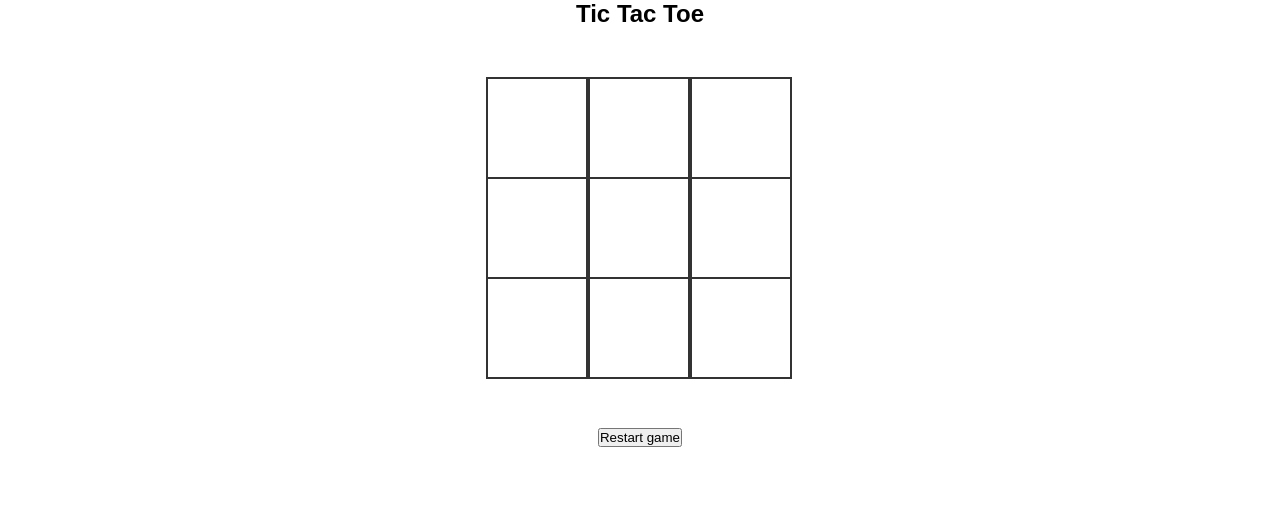
Repository: DuongThanhLong/Tic-Tac-Toe
Page: index.html
An editor plug-in stored every save of this project. The page is shown before and after the next save, followed by the edit.
The browser window is 1280 px wide. The pictures show the whole page.

Above is the page before, as saved 2021-09-26 17:56:46.

### index.html
<!DOCTYPE html>
<html lang="en">

<head>
    <meta charset="UTF-8">
    <meta http-equiv="X-UA-Compatible" content="IE=edge">
    <meta name="viewport" content="width=device-width, initial-scale=1.0">
    <title>Tic Tac Toe Game</title>
    <link rel="stylesheet" href="style.css">
</head>

<body>
    <section>
        <h1 class="game-title">Tic Tac Toe</h1>
        <div class="game-container">
            <div data-cell-index="0" class="cell"></div>
            <div data-cell-index="1️" class="cell"></div>
            <div data-cell-index="2" class="cell"></div>
            <div data-cell-index="3" class="cell"></div>
            <div data-cell-index="4" class="cell"></div>
            <div data-cell-index="5" class="cell"></div>
            <div data-cell-index="6" class="cell"></div>
            <div data-cell-index="7" class="cell"></div>
            <div data-cell-index="8" class="cell"></div>
        </div>
        <h2 class="game-status"></h2>
        <button class="game-restart">Restart game</button>
    </section>
    <script src="script.js"></script>
</body>

</html>

### style.css
* {
    margin: 0;
    padding: 0;
    box-sizing: border-box;
}

body {
    font-family: "Arial", sans-serif;
}

section {
    text-align: center;
}

.game-container {
    display: grid;
    grid-template-columns: repeat(3, auto);
    width: 306px;
    margin: 50px auto;
}

.cell {
    font-family: "Permanent Marker", cursive;
    width: 100px;
    height: 100px;
    box-shadow: 0 0 0 1px #333333;
    border: 1px solid #333333;
    cursor: pointer;
    line-height: 100px;
    font-size: 60px;
}

### script.js
const statusDisplay = document.querySelector('.game-status');

let gameArchive = true;

let currentPlayer = "X";

let gameState = ["", "", "", "", "", "", "", "", ""];

After the next save:
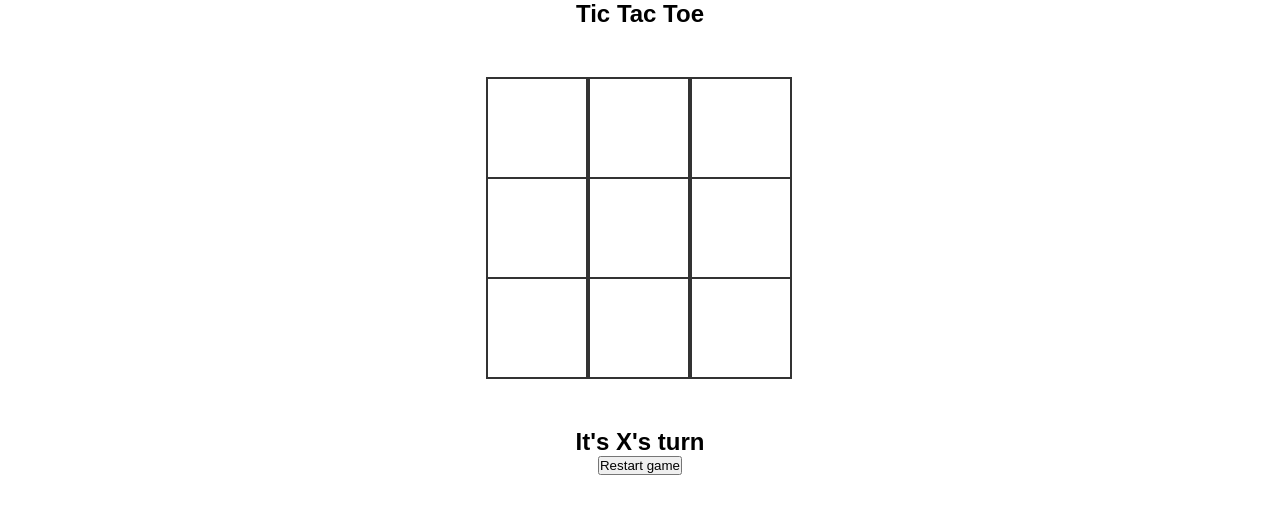
Saved 7 min 34 s later.
--- a/script.js
+++ b/script.js
@@ -5,3 +5,17 @@
 let currentPlayer = "X";
 
 let gameState = ["", "", "", "", "", "", "", "", ""];
+
+const winningMessage = () => `Player ${currentPlayer} has won!`;
+const drawMessage = () => `Game ended in a draw!`;
+const currentPlayerTurn = () => `It's ${currentPlayer}'s turn`;
+
+statusDisplay.innerHTML = currentPlayerTurn();
+
+function handleCellPlayed() {
+
+}
+
+function handlePlayerChange() {
+
+}
